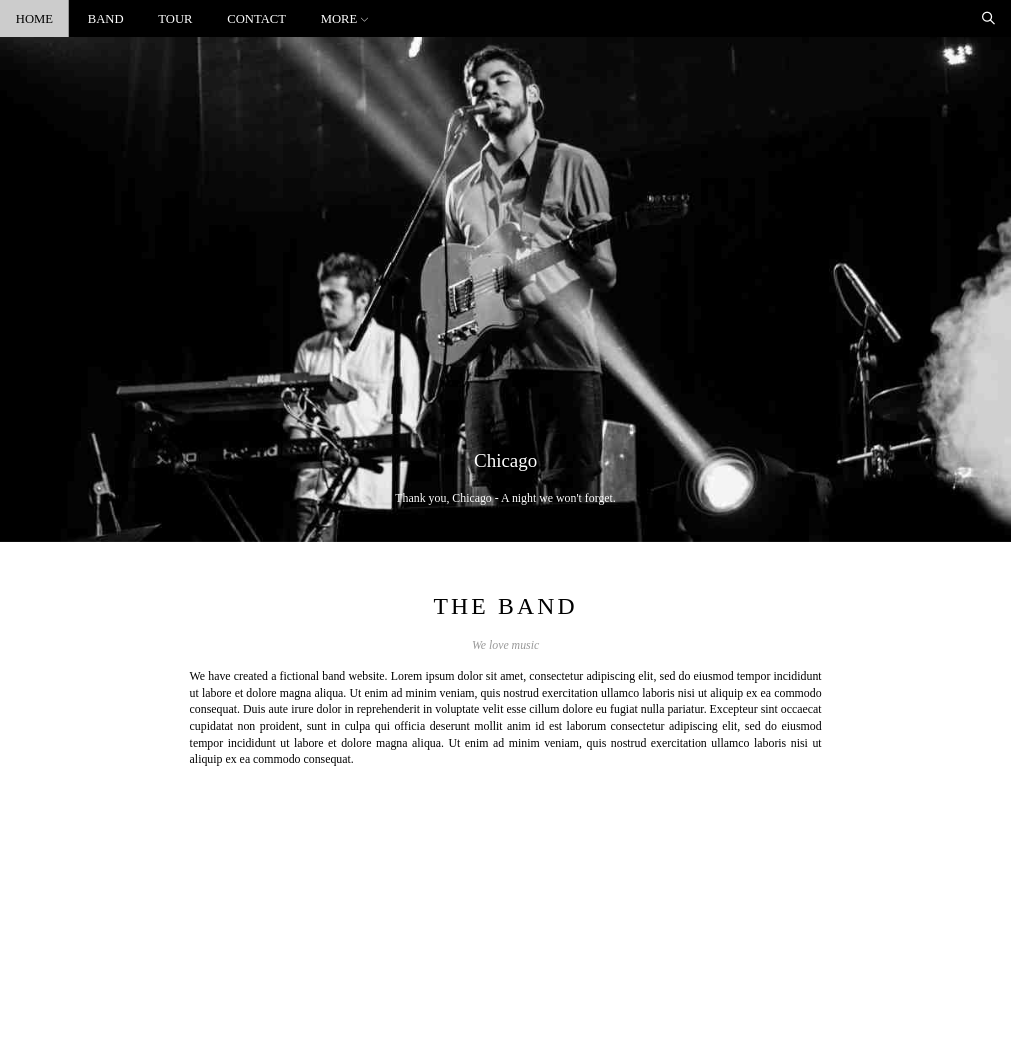
Repository: Dino0411/Dino0411.github.io
Page: index.html
These files come from the project's save history. The page is drawn as it stood at one moment and after the next save; the edit follows.
The browser window is 1280 px wide. The pictures show the whole page, at 79% of full size.

Above is the page before, as saved 2021-10-04 11:47:57.

### index.html
<!DOCTYPE html>
<html lang="en">
<head>
    <meta charset="UTF-8">
    <meta http-equiv="X-UA-Compatible" content="IE=edge">
    <meta name="viewport" content="width=device-width, initial-scale=1.0">
    <link rel="stylesheet" href="./assets/css/style.css">
    <link rel="stylesheet" href="./assets/fonts/themify-icons/themify-icons.css">
    <title>Document</title>
</head>
<body>
    <div id="main">
        <!-- TODO:header -->
        <div id="header">
            <!-- TODO:begin nav -->
            <ul id="nav">
                <li><a href="">Home</a></li>
                <li><a href="">Band</a></li>
                <li><a href="">Tour</a></li>
                <li><a href="">Contact</a></li>
                <li>
                    <a href="">
                        More
                        <i class="nav-arrow-down ti-angle-down"></i>
                    </a>
                    <ul class="subnav">
                        <li><a href="">Merchandise</a></li>
                        <li><a href="">Extras</a></li>
                        <li><a href="">Media</a></li>
                    </ul>
                </li>
            </ul>
            <!-- TODO:end nav -->

            <!-- TODO:begin search -->
            <div class="search-bth">
                <i class="search-icon  ti-search"></i>
            </div>
            <!-- TODO:end search -->
        </div>
        <!-- TODO:slider -->
        <div id="slider">
            <div class="text-content">
                <h2 class="text-heading">Chicago</h2>
                <div class="text-description">Thank you, Chicago - A night we won't forget.</div>
            </div>
        </div>
        <!-- TODO:content -->
        <div id="content">
            <div class="content-session">
                <h2 class="session-heading">THE BAND</h2>
                <p class="session-sub-heading">We love music</p>
                <p class="about-text">We have created a fictional band website. Lorem ipsum dolor sit amet, consectetur adipiscing elit, sed do eiusmod tempor incididunt ut labore et dolore magna aliqua. Ut enim ad minim veniam, quis nostrud exercitation ullamco laboris nisi ut aliquip ex ea commodo consequat. Duis aute irure dolor in reprehenderit in voluptate velit esse cillum dolore eu fugiat nulla pariatur. Excepteur sint occaecat cupidatat non proident, sunt in culpa qui officia deserunt mollit anim id est laborum consectetur adipiscing elit, sed do eiusmod tempor incididunt ut labore et dolore magna aliqua. Ut enim ad minim veniam, quis nostrud exercitation ullamco laboris nisi ut aliquip ex ea commodo consequat.</p>
            </div>
            <div class="content-session"></div>
            <div class="content-session"></div>
        </div>
        <!-- TODO:footer -->
        <div id="footer">

        </div>
    </div>
</body>
</html>

### assets/css/style.css
/* ! reser css
    ! Emmet(p0;m0)
*/
* {
  margin: 0;
  padding: 0;
  box-sizing: border-box;
}

html {
  font-family: cursive;
}
/* TODO:start
TODO: từ ngoài vào trong
TODO: từ trên xuống dưới
TODO:tổng quan đến chi tiết
*/

/*
? vị trí
? kích thước(width,height)
? màu sắc
? kiểu dáng(kiểu chữ,...)
*/
#main {
}
#header {
  position: fixed;
  top: 0;
  left: 0;
  right: 0;
  height: 47px;
  background-color: #000;
  z-index: 2;
}
#nav {
  display: inline-block;
}
#nav,
.subnav {
  list-style: none;
}
#nav > li {
  display: inline-block;
  position: relative;
}
#nav > li > a {
  color: #fff;
  text-transform: uppercase;
}
#nav li a {
  text-decoration: none;
  padding: 0px 20px;
  line-height: 47px;
}
#nav li:hover .subnav {
  display: block;
}
#nav > li:hover > a,
#nav .subnav a:hover {
  color: #000;
  background-color: #ccc;
  display: block;
}
#nav .subnav {
  display: none;
  position: absolute;
  top: 100%;
  left: 0;
  min-width: 160px;
  background-color: #fff;
  box-shadow: rgba(100, 100, 111, 0.5) 0px 7px 29px 0px;
}
#nav .subnav a {
  color: #000;
  padding: 0 12px;
  line-height: 40px;
}
#nav .nav-arrow-down {
  font-size: 10px;
}
#header .search-bth {
  float: right;
  padding: 0 21px;
}
#header .search-bth:hover {
  background-color: #f44336;
}
#header .search-icon {
  color: #fff;
  font-size: 16px;
  line-height: 46px;
  font-weight: 1000;
}
#slider {
  position: relative;
  margin-top: 46px;
  padding-top: 50%;
  background: url("/assets/img/slider/slider1.jpg") top center / cover no-repeat;
}
#slider .text-content {
  position: absolute;
  color: #fff;
  bottom: 47px;
  width: 100%;
  text-align: center;
}
#slider .text-heading {
  font-weight: 500;
  font-size: 24px;
}
#slider .text-description {
  font-size: 15px;
  margin-top: 25px;
}
#content {
}
#content .content-session {
  width: 800px;
  padding: 64px 0px;
  margin-left: auto;
  margin-right: auto;
}
#content .session-heading {
  text-align: center;
  font-size: 30px;
  font-weight: 500;
  letter-spacing: 4px;
}
#content .session-sub-heading {
  text-align: center;
  font-size: 15px;
  margin-top: 25px;
  font-style: italic;
  color: #999;
}
#content .about-text {
  font-size: 15px;
  margin-top: 20px;
  text-align: justify;
  line-height: 1.4;
}
#footer {
}

Loaded but not shown: assets/fonts/themify-icons/themify-icons.css (common file)

After the next save:
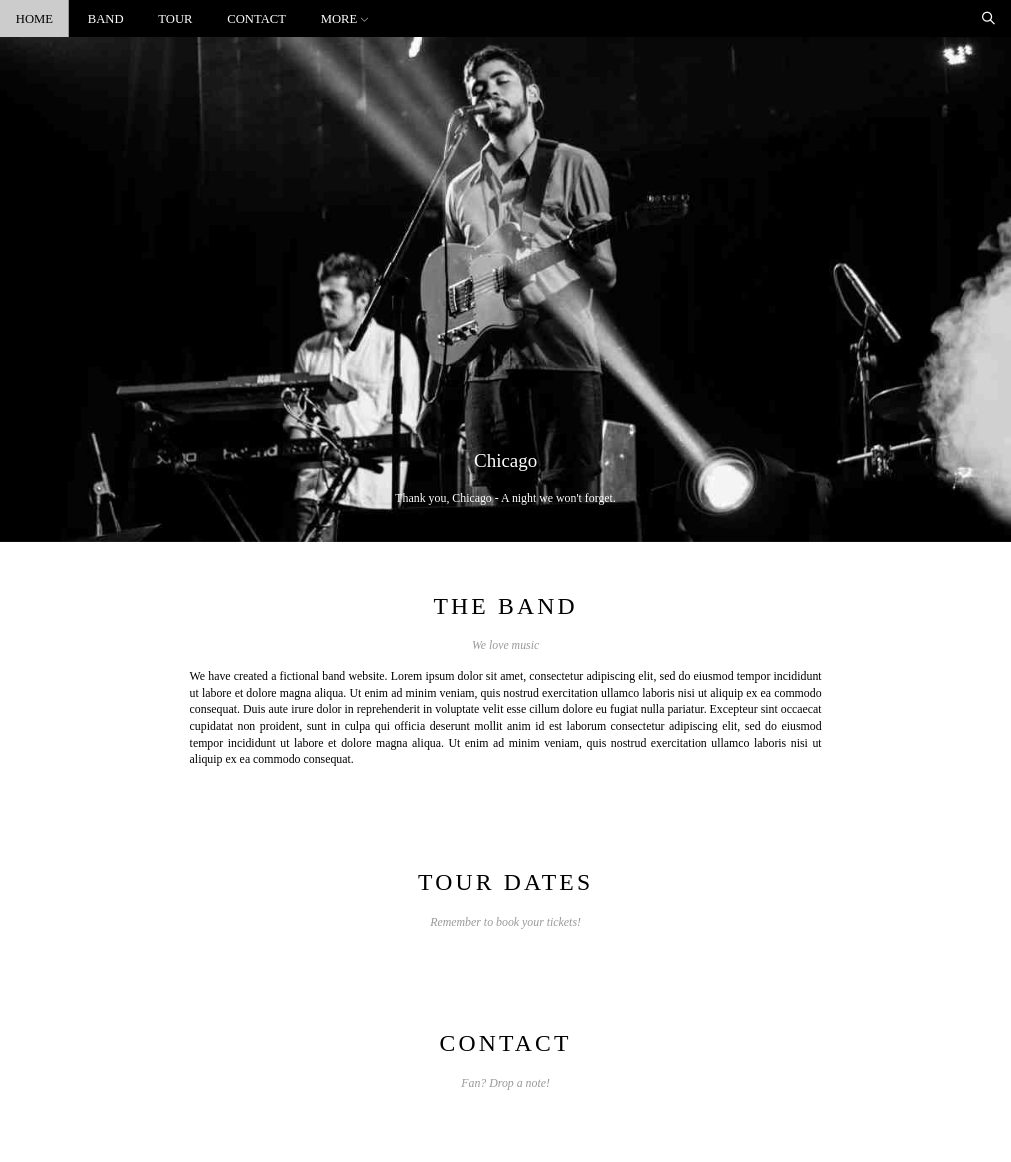
Saved 3 min 8 s later.
--- a/index.html
+++ b/index.html
@@ -47,13 +47,24 @@
         </div>
         <!-- TODO:content -->
         <div id="content">
+            <!-- TODO:about session -->
             <div class="content-session">
                 <h2 class="session-heading">THE BAND</h2>
                 <p class="session-sub-heading">We love music</p>
                 <p class="about-text">We have created a fictional band website. Lorem ipsum dolor sit amet, consectetur adipiscing elit, sed do eiusmod tempor incididunt ut labore et dolore magna aliqua. Ut enim ad minim veniam, quis nostrud exercitation ullamco laboris nisi ut aliquip ex ea commodo consequat. Duis aute irure dolor in reprehenderit in voluptate velit esse cillum dolore eu fugiat nulla pariatur. Excepteur sint occaecat cupidatat non proident, sunt in culpa qui officia deserunt mollit anim id est laborum consectetur adipiscing elit, sed do eiusmod tempor incididunt ut labore et dolore magna aliqua. Ut enim ad minim veniam, quis nostrud exercitation ullamco laboris nisi ut aliquip ex ea commodo consequat.</p>
             </div>
-            <div class="content-session"></div>
-            <div class="content-session"></div>
+
+            <!-- TODO:tour sesssion -->
+            <div class="content-session">
+                <h2 class="session-heading">TOUR DATES</h2>
+                <p class="session-sub-heading">Remember to book your tickets!</p>
+            </div>
+
+            <!-- TODO:contact session -->
+            <div class="content-session">
+                <h2 class="session-heading">CONTACT</h2>
+                <p class="session-sub-heading">Fan? Drop a note!</p>
+            </div>
         </div>
         <!-- TODO:footer -->
         <div id="footer">
